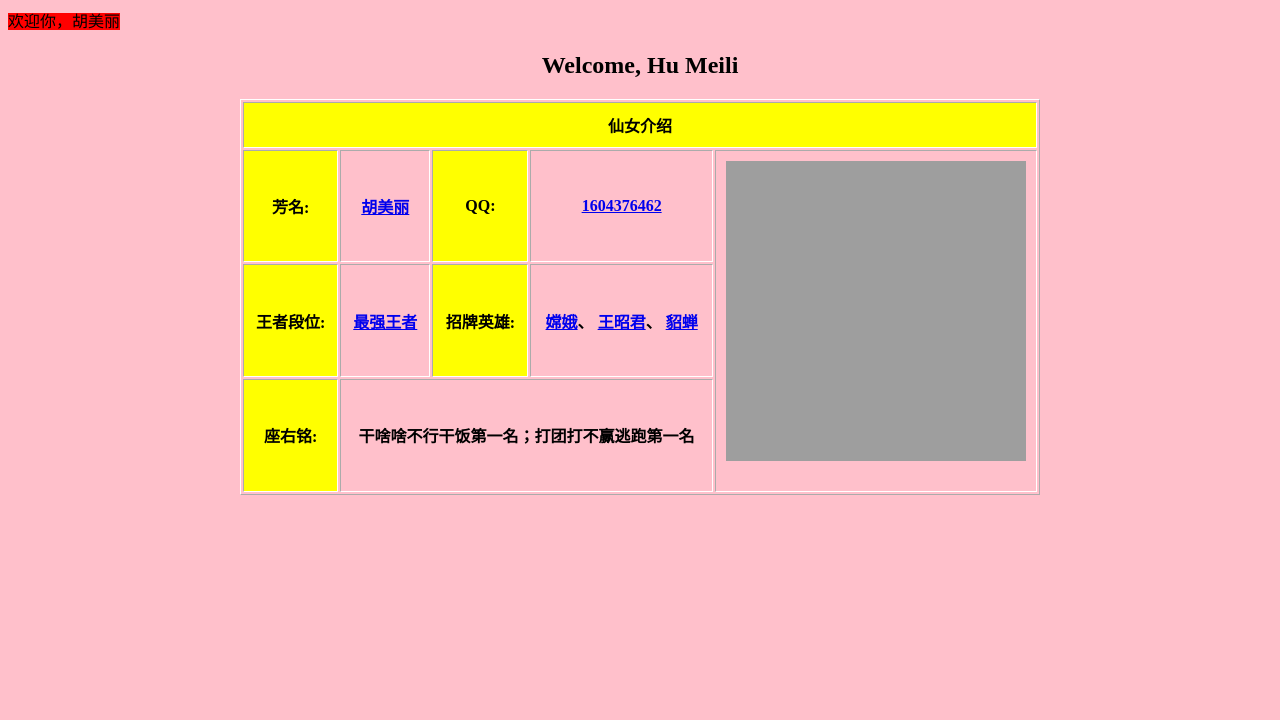
Repository: NanmeiYC/NanmeiYC.github.io
Page: zhuye.html
The author's editor kept a copy of each file at every save. The page is drawn from the files as they stood at one save, then again after a run of saves.
The browser window is 1280 px wide. The pictures show the whole page.
Pictures or frames that could not be fetched are drawn as grey boxes.

Above is the page before, as saved 2021-05-29 01:58:23.

After the next 3 saves:
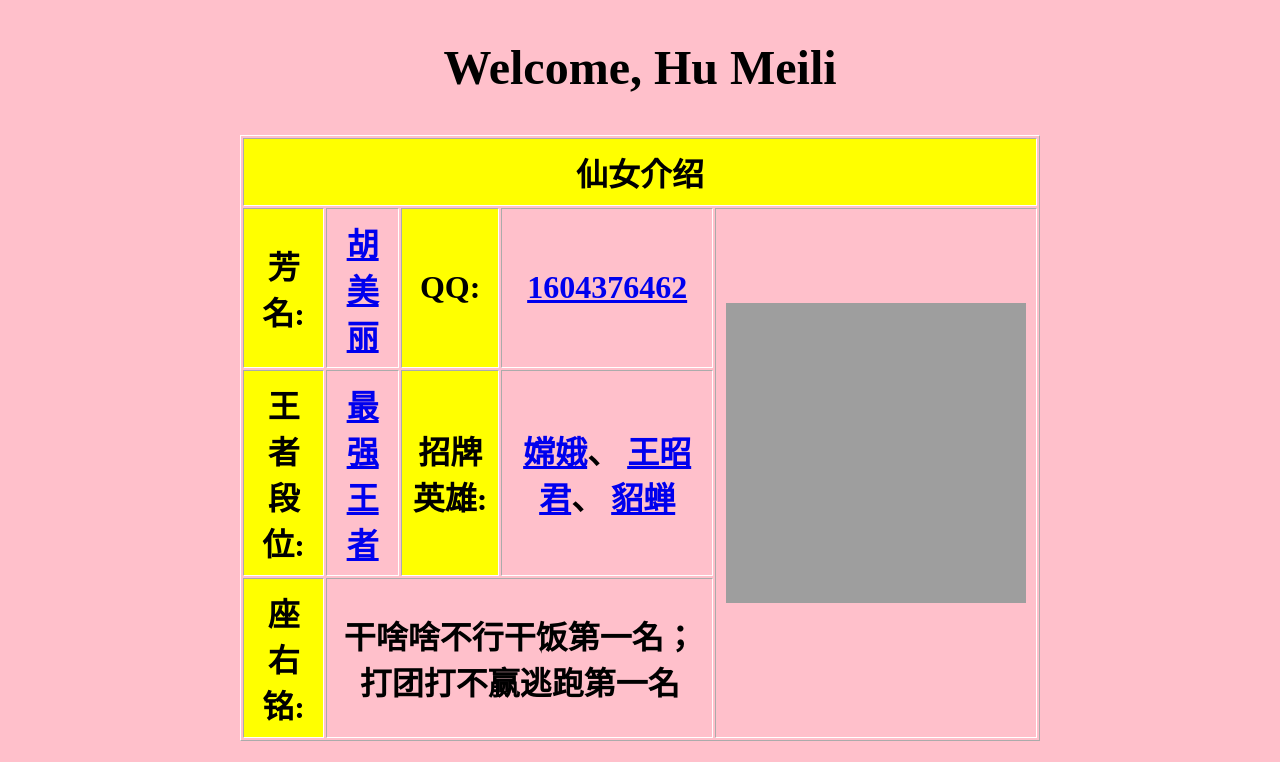
The 3 saves are shown as one change because they came seconds apart.
The last was saved 20 s later.
--- a/zhuye.html
+++ b/zhuye.html
@@ -7,7 +7,7 @@
 </head>
 
 <body bgcolor="pink">
-    <a1 align="center"><a style="background-color:red">欢迎你，胡美丽</a></a1>
+    <h1 align="center"><a 欢迎你，胡美丽</h1>
     <h2 align="center">Welcome, Hu Meili</h2>
     <table border="1" align="center" cellpadding="10" width="800" style="border-color:rgb(255, 255, 255);">
         <tr align="center">
